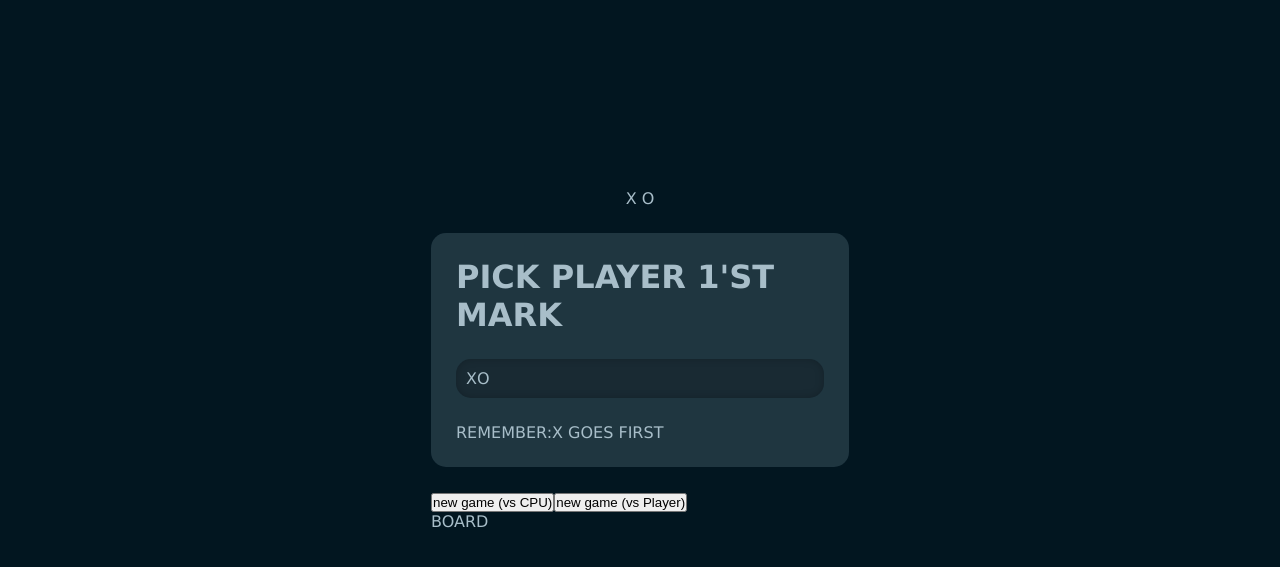
Repository: SD-Mdouka/XO_GAME
Page: /
These files come from the project's save history. The page is drawn as it stood at one moment and after the next save; the edit follows.
The browser window is 1280 px wide. The pictures show the whole page.
The project was rebuilt for these pictures with package versions that can differ from the ones it lists, and the page was loaded fresh each time.

Above is the page before, as saved 2022-08-29 14:26:01.

### src/index.css
* {
    padding: 0;
    margin: 0;
    box-sizing: border-box;
}

:root {
    --color-bg-dark: #192a33;
    --color-bg-light: #1f3640;
    --color-gray: #a8bec9;
    --color-gray-dark: #7a8991;
    --color-yellow: #f2b238;
    --color-yellow-dark: #cd8d16;
    --color-blue: #30c4be;
    --color-blue-dark: #128c89;
}

html {
    font-family: "Lucida Sans", "Lucida Sans Regular", "Lucida Grande", "Lucida Sans Unicode", Geneva, Verdana, sans-serif;
    text-transform: uppercase;
    font-size: 16px;
}

body {
    background-color: var(--color-bg-dark);
    color: var(--color-gray);
}

.App {
    background-color: #021620;
    min-height: 100vh;
    display: flex;
    align-items: center;
    justify-content: center;
}

.container {
    max-width: 450px;
    width: 100%;
    margin-inline: auto;
    padding: 2rem 1rem;
}


/*utilites*/

.card {
    padding: 25px;
    display: flex;
    flex-direction: column;
    gap: 25px;
    border-radius: 15px;
    background-color: var(--color-bg-light);
    -webkit-border-radius: 15px;
    -moz-border-radius: 15px;
    -ms-border-radius: 15px;
    -o-border-radius: 15px;
}


/* Sarte */

.start {
    display: flex;
    flex-direction: column;
    gap: 25px;
}

.start__header {
    display: flex;
    align-items: center;
    justify-content: center;
}

.start__players {
    background-color: var(--color-bg-dark);
    padding: 10px;
    border-radius: 15px;
    -webkit-border-radius: 15px;
    -moz-border-radius: 15px;
    -ms-border-radius: 15px;
    -o-border-radius: 15px;
    display: flex;
    align-items: center;
    box-shadow: inset 0 0 8px rgba(0, 0, 0, 0.2);
}

### src/App.js
import Board from "./component/board/Board";
import Start from "./component/start/Start";

function App() {
  return (
    <div className="App">
      <div className="container">
        <Start />
        <Board />
      </div>
    </div>
  );
}

export default App;

### src/component/start/Start.js
import React from "react";

const Start = () => {
  return (
    <div className="start">
      <div className="start__header">x o</div>
      <div className="card shadow-gray">
        <h1 className="text-lg">Pick Player 1'st mark</h1>
        <div className="start__players">
          <span className="start__players--active">x</span>
          <span>o</span>
        </div>
        <p className="text-light">remember:x goes first</p>
      </div>
      <div className="Start__btns">
        <button className="btn btn-yellow">new game (vs CPU)</button>
        <button className="btn btn-blue">new game (vs Player)</button>
      </div>
    </div>
  );
};

export default Start;

Loaded but not shown: public/index.html (common file); src/index.js (common file); src/component/board/Board.js (common file)

After the next save:
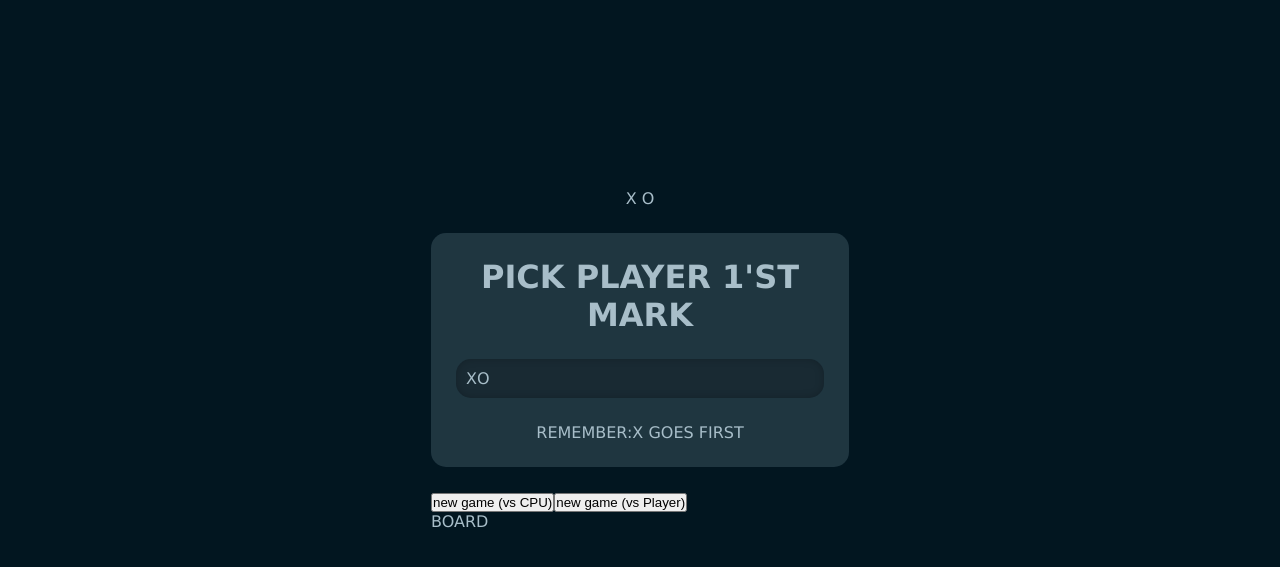
Saved 82 s later.
--- a/src/index.css
+++ b/src/index.css
@@ -55,6 +55,11 @@ body {
     -moz-border-radius: 15px;
     -ms-border-radius: 15px;
     -o-border-radius: 15px;
+    text-align: center;
+}
+
+.text-light {
+    color: var(--color-gray);
 }
 
 
